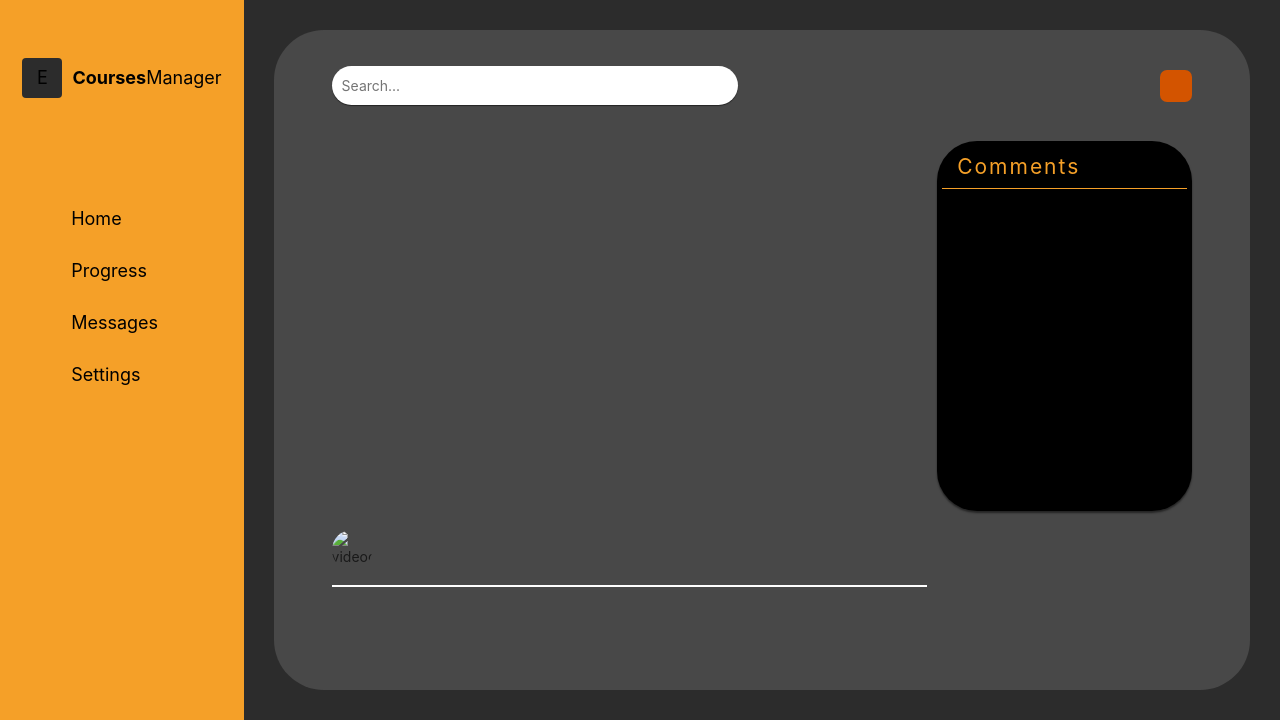
Repository: huynhnt1406/coursestorage
Page: /videodetail/1 (app in coursestorage/)
These files come from the project's save history. The page is drawn as it stood at one moment and after the next save; the edit follows.
The browser window is 1280 px wide. The pictures show the whole page.
The page's requests for data from a server got no answer. The project was rebuilt for these pictures with package versions that can differ from the ones it lists, and the page was loaded fresh each time. No one was signed in, and anything a server would have sent is missing. Also part of the build but not shown: coursestorage/src/components/ListItems.vue, coursestorage/src/components/VideoList.vue, coursestorage/src/smallcomponents/Messages.vue, coursestorage/src/smallcomponents/Progress.vue, coursestorage/src/smallcomponents/Settings.vue.

Above is the page before, as saved 2021-05-02 09:50:48.

After the next save:
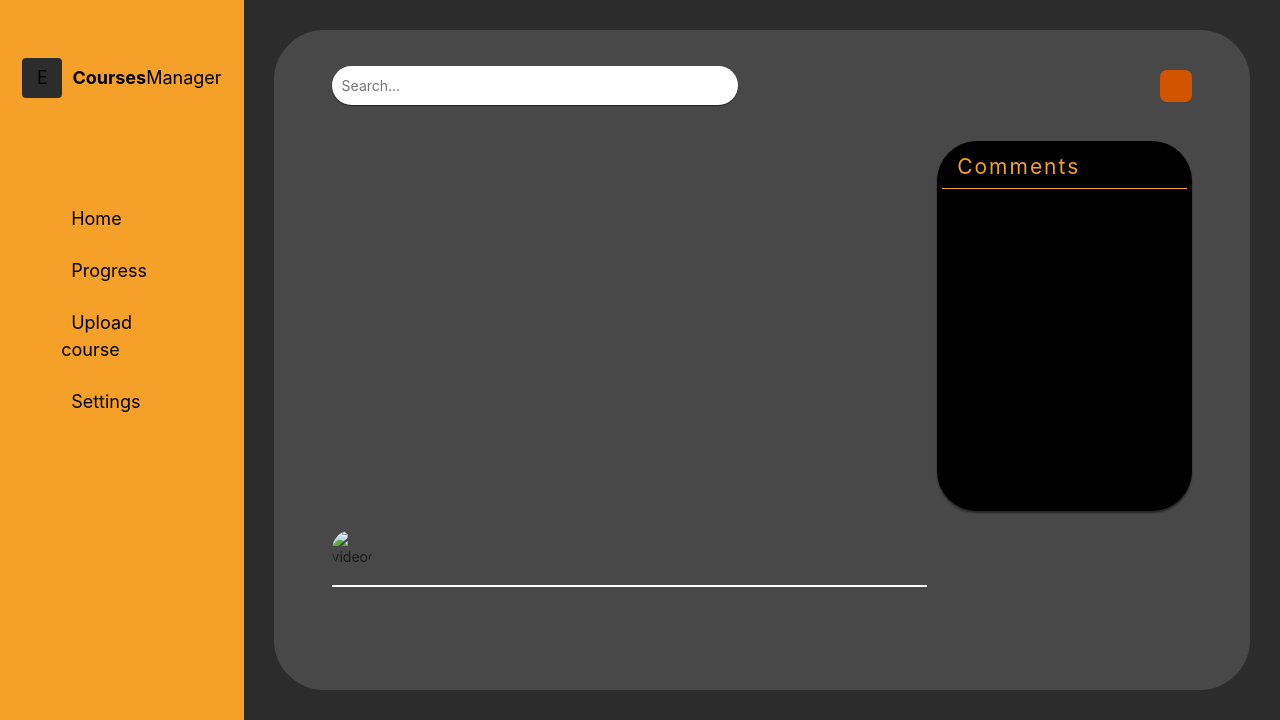
Saved 6 h 52 min later.
--- a/coursestorage/src/components/Sidebar.vue
+++ b/coursestorage/src/components/Sidebar.vue
@@ -14,10 +14,10 @@
                <router-link class="sidebar-link" to="/progress"><span>Progress</span></router-link>
           </div>
            <div class="link">
-                <a-icon style="color:#484848 " type="message" />
+                <a-icon style="color:#484848 " type="upload" />
                 <router-link class="sidebar-link" to="/messages">
 
-                <span>Messages</span></router-link>
+                <span>Upload course</span></router-link>
           </div>
            <div class="link">
                 <a-icon style="color:#484848 ; opacity:0.7" type="setting" />
